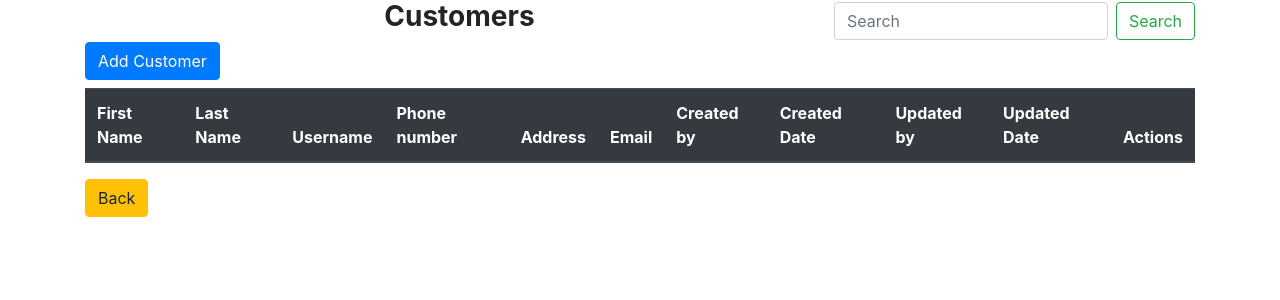
Repository: messimacky/Movie-Rental-System-Front-End
Page: /customers
An editor plug-in stored every save of this project. The page is shown before and after the next save, followed by the edit.
The browser window is 1280 px wide. The pictures show the whole page.
The page's requests for data from a server got no answer. The project was rebuilt for these pictures with package versions that can differ from the ones it lists, and the page was loaded fresh each time. No one was signed in, and anything a server would have sent is missing. Also part of the build but not shown: src/services/movie.service.js, src/components/AddMovie.js, src/components/MoviesList.js, src/components/NotFound.js, src/components/login/Login.js, src/components/AddCustomer.js, src/services/rental.service.js, src/components/RentalsList.js and 5 more.

Above is the page before, as saved 2022-05-04 22:39:52.

After the next save:
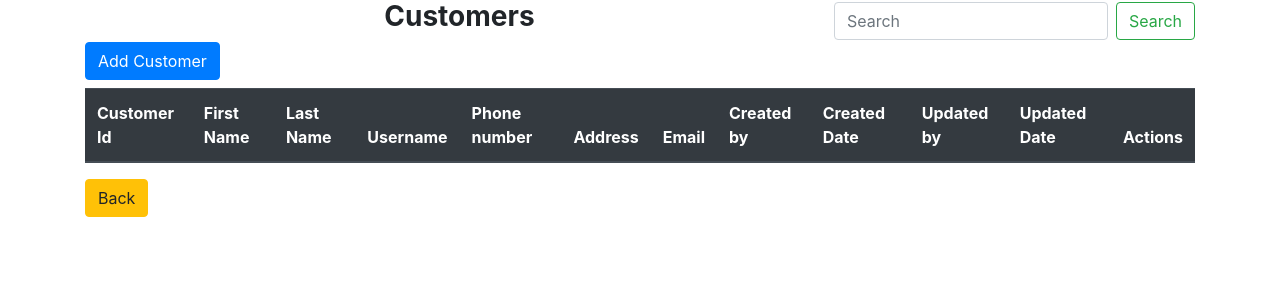
Saved 34 s later.
--- a/src/components/CustomerList.js
+++ b/src/components/CustomerList.js
@@ -56,6 +56,7 @@ const CustomersList = () => {
                 <table className="table table-border table-sriped">
                     <thead className="thead-dark">
                         <tr>
+                            <th>Customer Id</th>
                             <th>First Name</th>
                             <th>Last Name</th>
                             <th>Username</th>
